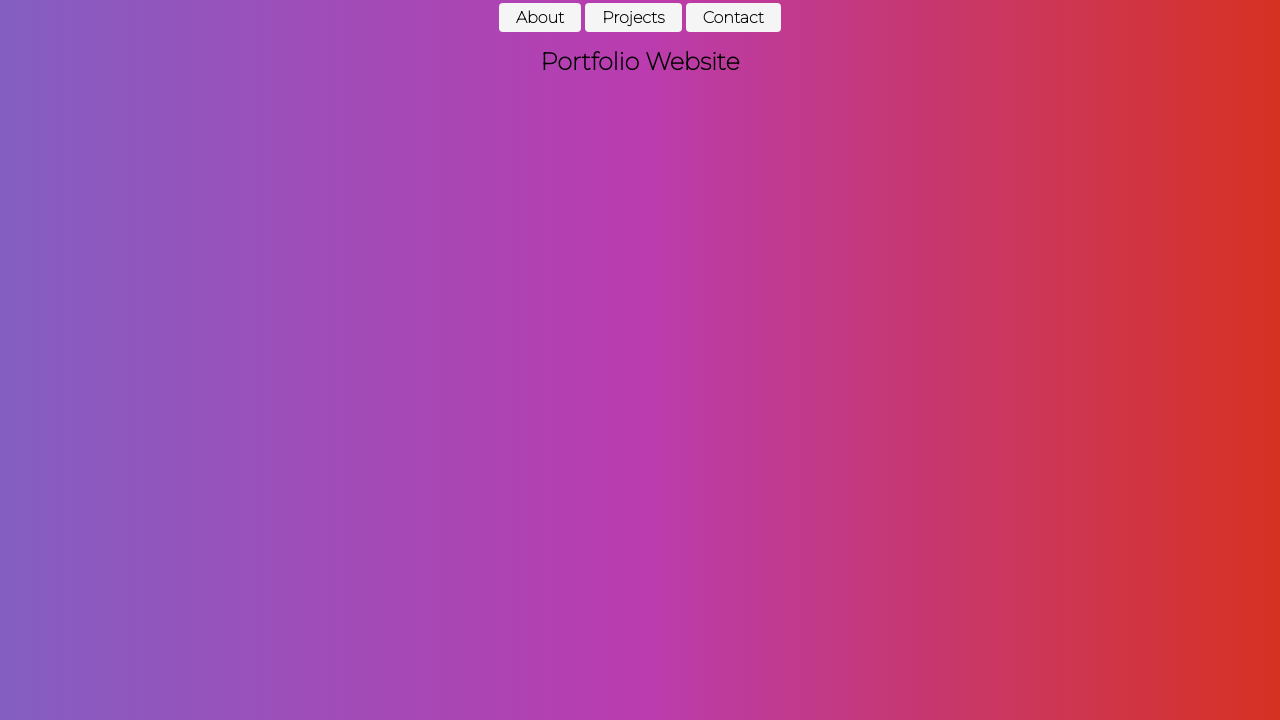
Repository: thecptwaffles/portfolio
Page: index.htm
The author's editor kept a copy of each file at every save. The page is drawn from the files as they stood at one save, then again after the next save.
The browser window is 1280 px wide. The pictures show the whole page.

Above is the page before, as saved 2022-05-05 21:47:08.

### index.htm
<!DOCTYPE html>
<html lang="en">

<head>
    <meta charset="UTF-8">
    <meta http-equiv="X-UA-Compatible" content="IE=edge">
    <meta name="viewport" content="width=device-width, initial-scale=1.0">
    <link rel="shortcut icon" href="./content/Icon.png" type="image/x-icon">
    <link rel="stylesheet" href="style.css">
    <link rel="preconnect" href="https://fonts.googleapis.com">
    <link rel="preconnect" href="https://fonts.gstatic.com" crossorigin>
    <link href="https://fonts.googleapis.com/css2?family=Montserrat:wght@100&family=Quicksand:wght@300&display=swap"
        rel="stylesheet">
    <title>Portfolio Website</title>
    <script defer src="./index.js"></script>
</head>

<body>
    <!--make a navbar that links to an about page, contact page, projects page-->
    <nav>
        <div class="nav-container">
            <div class="nav-links">
                <a href="about.html">About</a>
                <a href="projects.html">Projects</a>
                <a href="contact.html">Contact</a>
            </div>
        </div>
        <h1>Portfolio Website</h1>
</body>

</html>

### style.css
@import url('https://fonts.googleapis.com/css2?family=Montserrat:wght@100&family=Source+Sans+Pro:wght@200&display=swap');

:root {
    --prim-clr: #845ec2;
    --sec-clr: #ba3caf;
    --accent-clr: #d73222;
    --prim-font: 'Montserrat', sans-serif;
    --sec-font: 'Source Sans Pro', sans-serif;
    --gradient-percent: 0%;
}




body {
    position: relative;
    text-align: center;
    background: linear-gradient(90deg, var(--prim-clr), var(--sec-clr), var(--accent-clr));
    color: black;
}




h1 {
    font-family: var(--prim-font);
    text-align: center;
}

p {
    font-family: var(--sec-font);
    text-align: center;
}

/* style the nav-container class and the links in them so it acts like a drop down menu*/
.nav-container {
    position: relative;
    text-align: center;
}

.nav-container a {
    font-family: var(--prim-font);
    text-align: center;
    padding: 0.25em 1em;
    background: whitesmoke;
    color: black;
    font-weight: 600;
    text-decoration: none;
    border-radius: 0.25em;
    transition: all 0.25s ease-in-out;
    border: 1px solid transparent;
    -webkit-border-radius: 0.25em;
    -moz-border-radius: 0.25em;
    -ms-border-radius: 0.25em;
    -o-border-radius: 0.25em;
    -webkit-transition: all 0.25s ease-in-out;
    -moz-transition: all 0.25s ease-in-out;
    -ms-transition: all 0.25s ease-in-out;
    -o-transition: all 0.25s ease-in-out;
}

Loaded but not shown: index.js (no stored copy; drawn as an empty file)

After the next save:
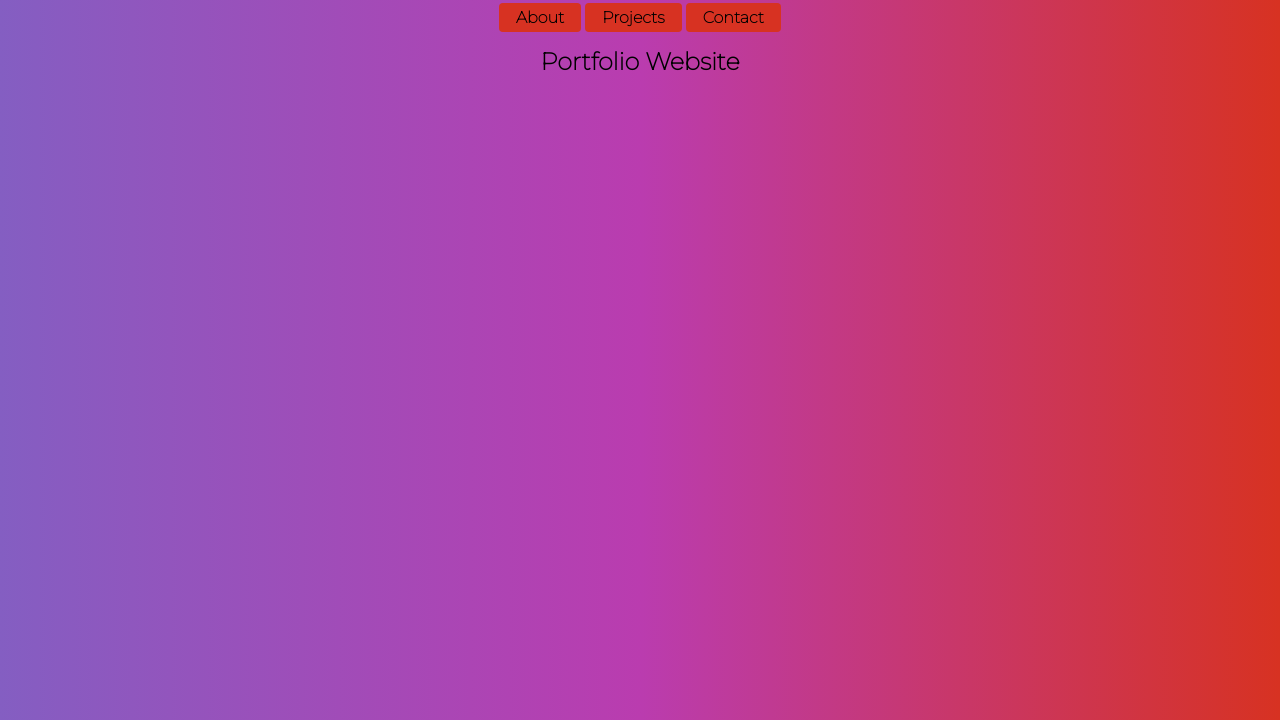
Saved 47 s later.
--- a/style.css
+++ b/style.css
@@ -42,9 +42,9 @@ p {
     font-family: var(--prim-font);
     text-align: center;
     padding: 0.25em 1em;
-    background: whitesmoke;
+    background: var(--accent-clr);
     color: black;
-    font-weight: 600;
+    font-weight: 800;
     text-decoration: none;
     border-radius: 0.25em;
     transition: all 0.25s ease-in-out;
